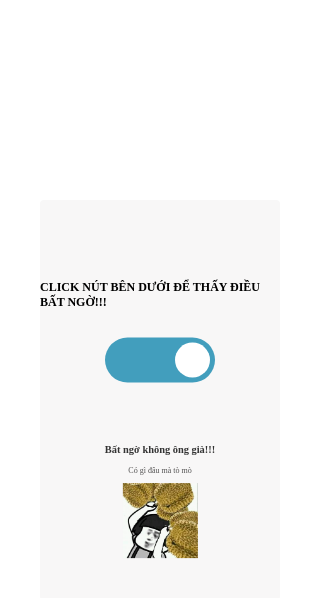
Repository: haokiet2501/troll-my-react
Page: /, after clicking the first element matching `div.toggle-center`
An editor plug-in stored every save of this project. The page is shown before and after the next save, followed by the edit.
The browser window is 320 px wide. The pictures show the whole page.
The project was rebuilt for these pictures with package versions that can differ from the ones it lists, and the page was loaded fresh each time.

Above is the page before, as saved 2022-07-30 23:40:11.

After the next save:
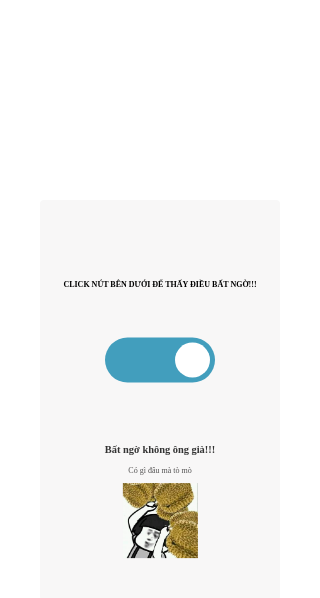
Saved 7 s later.
--- a/src/index.css
+++ b/src/index.css
@@ -100,7 +100,7 @@ p {
   }
 
   .toggle-title {
-    font-size: 0.75rem;
+    font-size: 0.5rem;
   }
 
   h3 {
